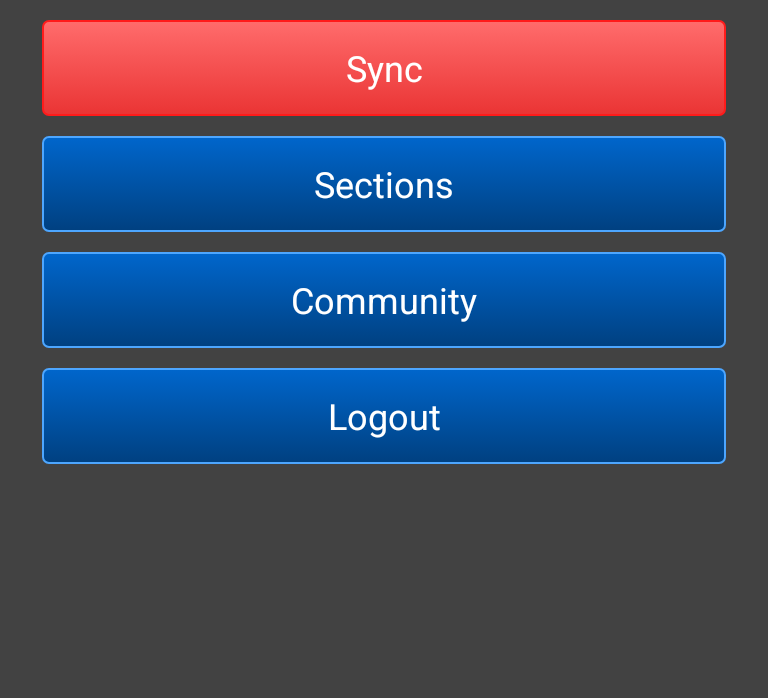
Repository: prabushitha/hydrosaver
Layout: hydrosaver/res/layout/activity_home.xml
The author's editor kept a copy of each file at every save. The layout is drawn from the files as they stood at one save, then again after the next save.
The pictures show rows 582 to 1280 of an output 1280 px tall.
It is drawn on a 768 x 1280 px phone screen (xhdpi) without system bars, with theme AppTheme; the app's code is not run.

Above is the layout before, as saved 2016-10-08 21:00:25.

After the next save:
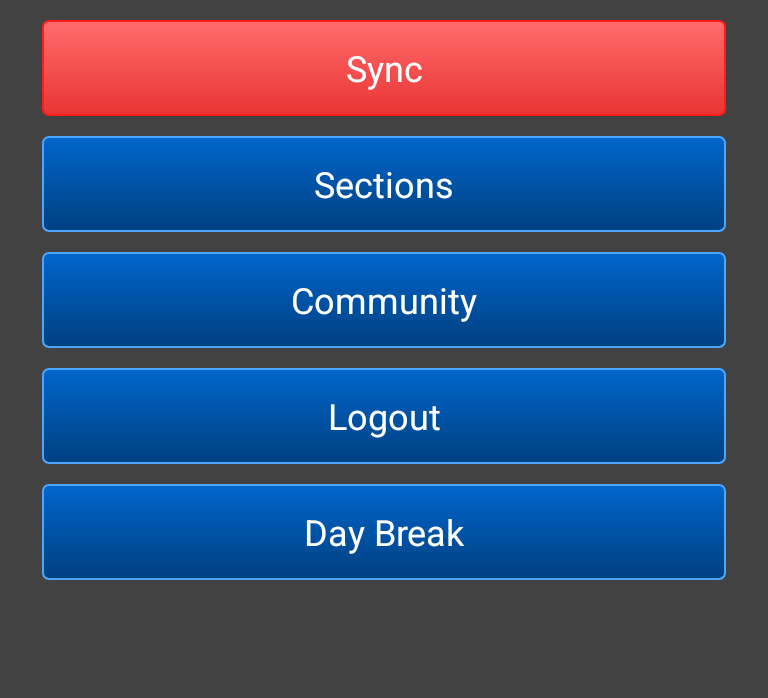
Saved 51 min 23 s later.
--- a/hydrosaver/res/layout/activity_home.xml
+++ b/hydrosaver/res/layout/activity_home.xml
@@ -119,8 +119,29 @@
 	                android:layout_weight="1"
 	                android:textColor="#ffffff"
 	                />
+		    </TableRow>
+
+		    <TableRow
+		        android:layout_width="match_parent"
+	            android:layout_height="0dp"
+	            android:layout_weight="1"
+		        >
+		        <!-- Login button -->
+
+		        <Button
+	                android:id="@+id/btnLogout"
+	                android:layout_marginTop="20px"
+	                android:layout_marginLeft="10px"
+	                android:layout_marginRight="10px"
+	                android:padding="10dp"
+	                android:layout_width="fill_parent"
+	                android:layout_height="match_parent"
+	                android:background="@drawable/mybutton"
+	                android:text="Day Break"
+	                android:layout_weight="1"
+	                android:textColor="#ffffff"
+	                />
 		        </TableRow>
-
 
 		</TableLayout>
 	</ScrollView>
